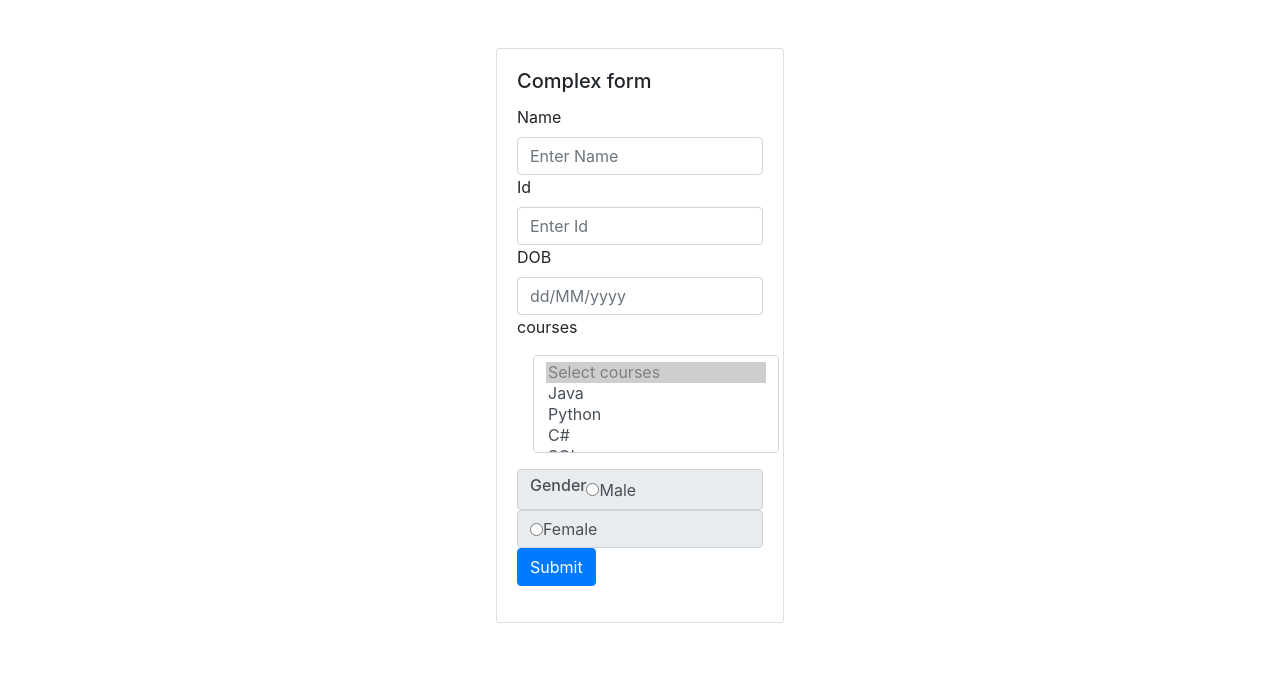
Repository: parvaizsajad/SpringFrameWork
Page: http://localhost/com.springMvc.search/complex
These files come from the project's save history. The page is drawn as it stood at one moment and after the next save; the edit follows.
The browser window is 1280 px wide. The pictures show the whole page.
Some web libraries are served in a nearby version. The page is served by Tomcat 9.

Above is the page before, as saved 2021-09-10 11:18:10.

After the next save:
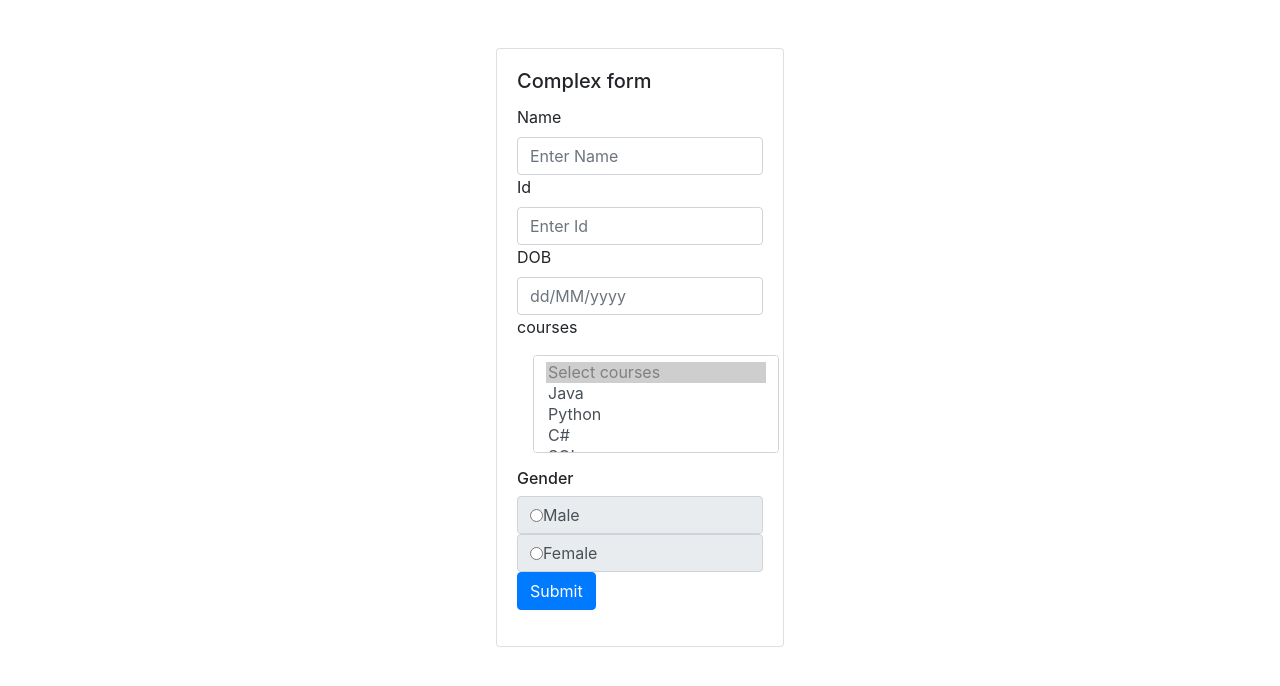
Saved 18 s later.
--- a/com.springMvc.search/src/main/webapp/WEB-INF/views/complex.jsp
+++ b/com.springMvc.search/src/main/webapp/WEB-INF/views/complex.jsp
@@ -39,9 +39,9 @@
 </select>
 
 
+     <h6>Gender</h6>
+    <div class="input-group-text">
 
-    <div class="input-group-text">
-    <h6>Gender</h6>
     <input class="gender" type="radio" name="gender" value="Male" id="male1">Male
     </div>
     <div class="input-group-text">
